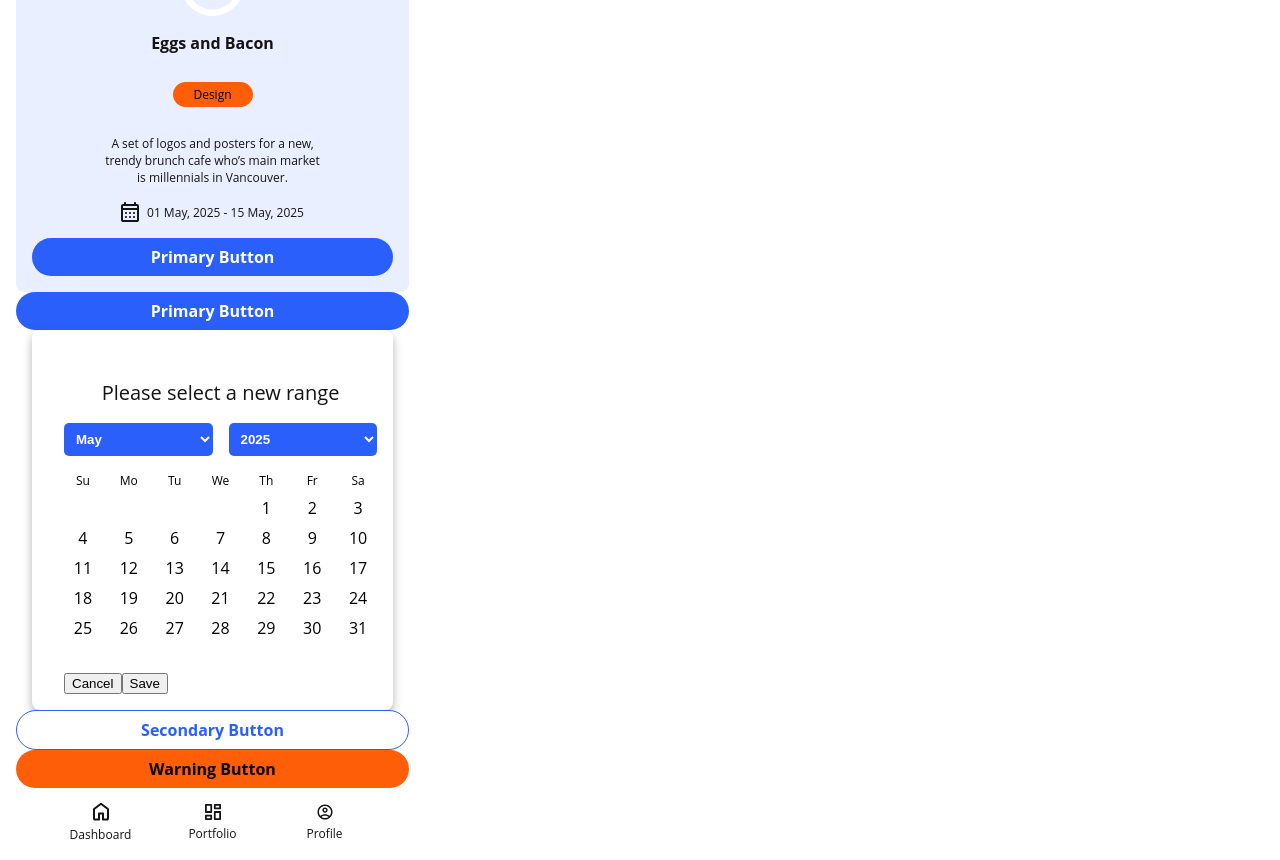
Repository: brunaguarizo/mosaic_app
Page: /
An editor plug-in stored every save of this project. The page is shown before and after the next save, followed by the edit.
The browser window is 1280 px wide. The pictures show the whole page.
The project was rebuilt for these pictures with package versions that can differ from the ones it lists, and the page was loaded fresh each time. The framework's server and built-in components were replaced by stand-ins that run in the browser. Also part of the build but not shown: next.config.mjs.

Above is the page before, as saved 2025-04-18 11:00:09.

After the next save:
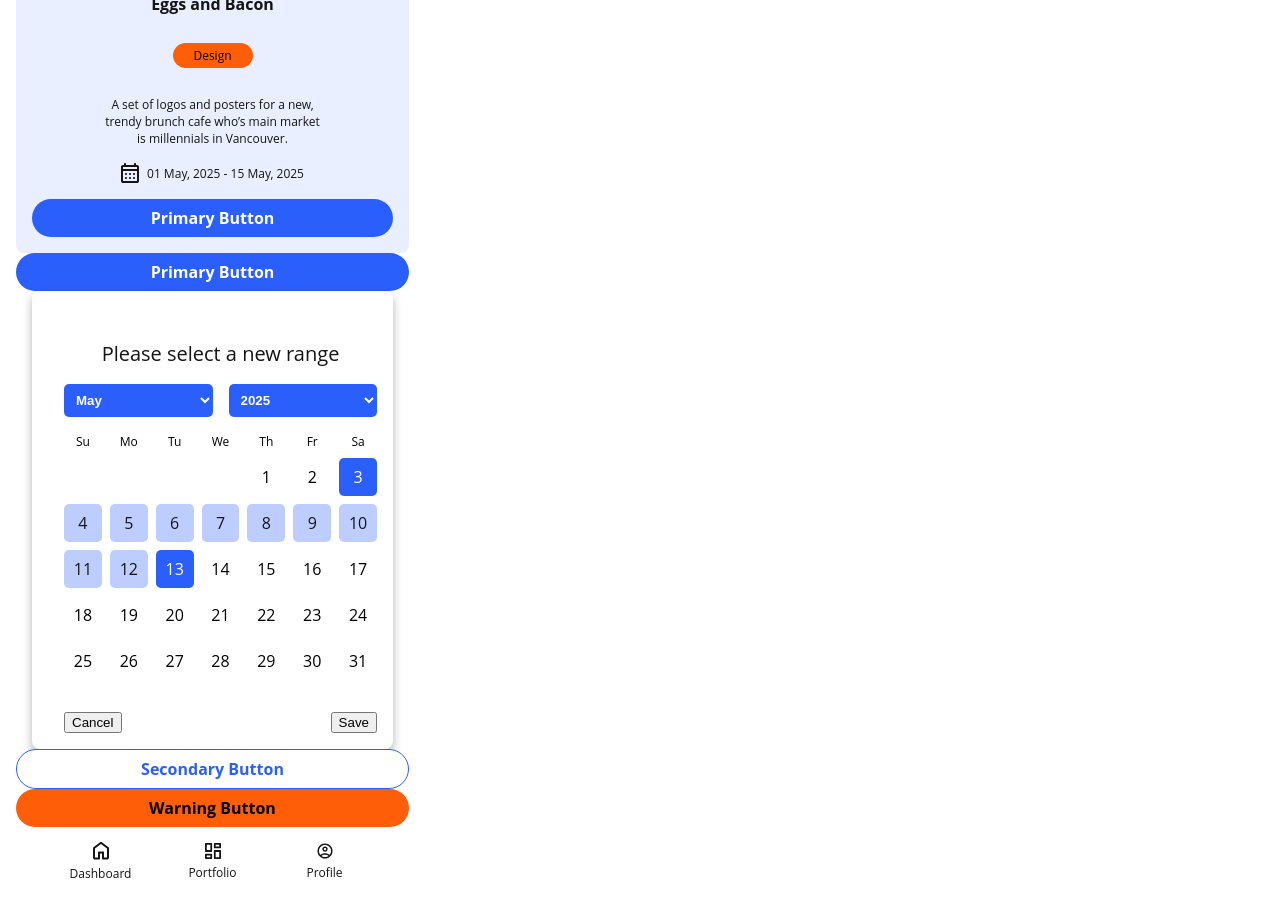
Saved 8 s later.
--- a/app/_ui/Date_PopUp/Date_PopUp.module.css
+++ b/app/_ui/Date_PopUp/Date_PopUp.module.css
@@ -54,5 +54,34 @@
 }
 
 .dayCell {
-    padding: var;
+    padding: var(--space-small);
+    border-radius: 5px;
+    font-size: var(--font-size-regular);
+    background-color: var(--grey-50);
+    cursor: pointer;
+    user-select: none;
 }
+
+.dayCell:hover {
+    background-color: var(--blue-100);
+}
+
+.selected {
+    background-color: var(--blue-primary);
+    color: var(--white);
+}
+
+.inRange {
+    background-color: var(--blue-100);
+    color: var(--black);
+}
+
+.empty {
+    background: none;
+    pointer-events: none;
+}
+
+.actions {
+    display: flex;
+    justify-content: space-between;
+}
